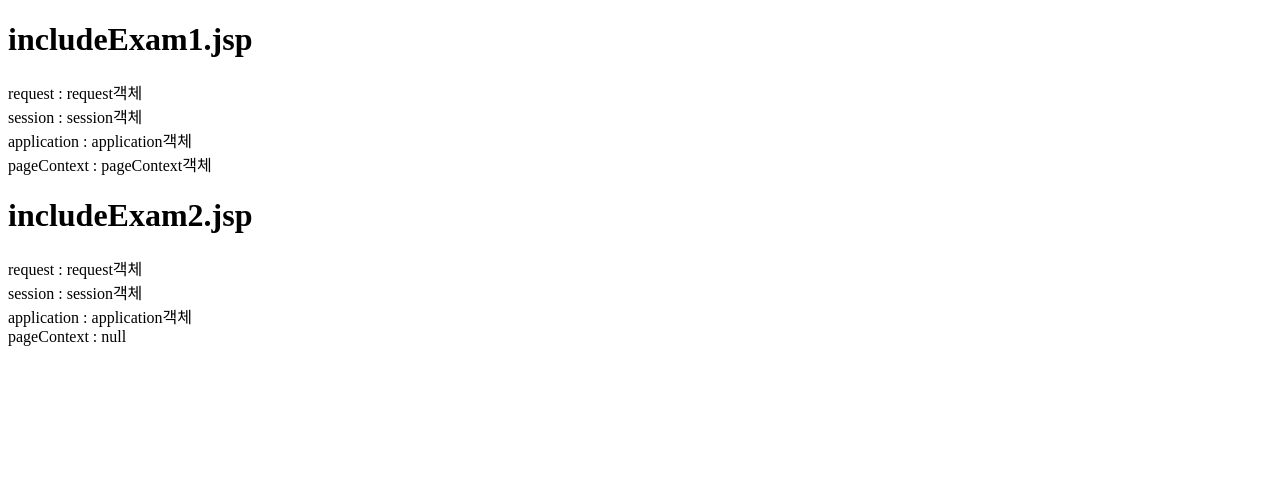
Repository: lty516/jspwork
Page: http://localhost/myjsp2/actiontag/includeExam4.jsp
The author's editor kept a copy of each file at every save. The page is drawn from the files as they stood at one save, then again after the next save.
The browser window is 1280 px wide. The pictures show the whole page.
The page is served by Tomcat 9.

Above is the page before, as saved 2020-08-14 01:14:20.

### myjsp2/WebContent/actiontag/includeExam4.jsp
<%@ page contentType="text/html; charset=utf-8"%>
<!DOCTYPE html>
<html>
<head>
<meta charset="utf-8">
<title>Insert title here</title>
</head>
	<body>
		<h1>includeExam1.jsp</h1>

		<%
			request.setAttribute("first","request객체");
			session.setAttribute("first","session객체");
			application.setAttribute("first","application객체");
			pageContext.setAttribute("first","pageContext객체");
		%>

		request : <%= request.getAttribute("first") %> <br>
		session : <%= session.getAttribute("first") %> <br>
		application : <%= application.getAttribute("first") %> <br>
		pageContext : <%= pageContext.getAttribute("first") %> <br>

		<jsp:include page="includeExam2.jsp" />
	</body>
</html>

### myjsp2/WebContent/actiontag/includeExam2.jsp
<%@ page contentType="text/html; charset=utf-8"%>
<!DOCTYPE html>
<html>
<head>
<meta charset="utf-8">
<title>Insert title here</title>
</head>
<body>
	<h1>includeExam2.jsp</h1>

	request : <%= request.getAttribute("first") %> <br>
	session : <%= session.getAttribute("first") %> <br>
	application : <%= application.getAttribute("first") %> <br>
	pageContext : <%= pageContext.getAttribute("first") %> <br>

		<%
			request.setAttribute("second","request객체");
			session.setAttribute("second","session객체");
			application.setAttribute("second","application객체");
			pageContext.setAttribute("second","pageContext객체");
		%>
</body>
</html>

After the next save:
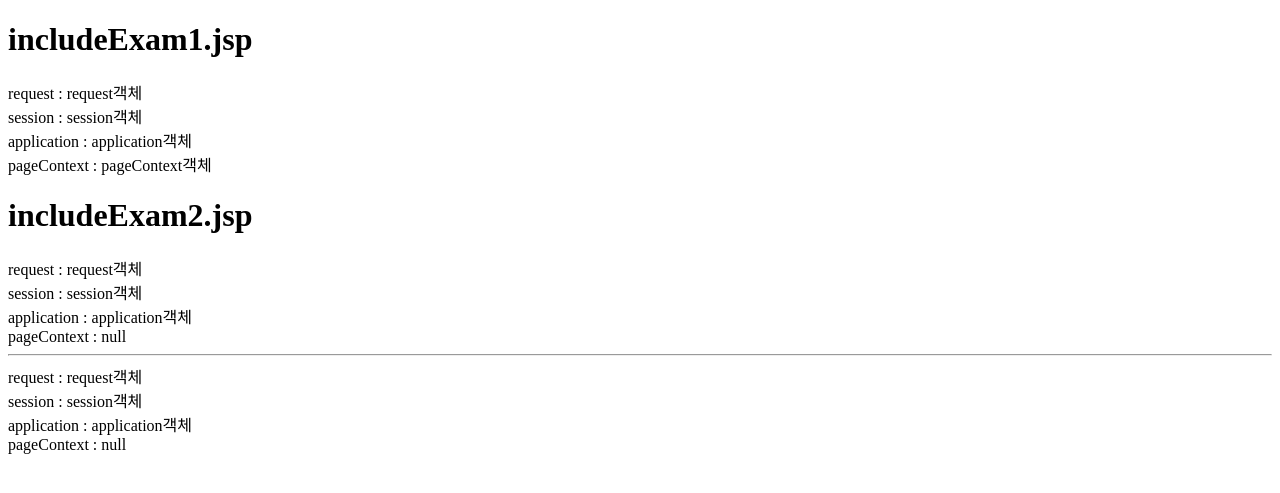
Saved 41 s later.
--- a/myjsp2/WebContent/actiontag/includeExam4.jsp
+++ b/myjsp2/WebContent/actiontag/includeExam4.jsp
@@ -21,5 +21,15 @@
 		pageContext : <%= pageContext.getAttribute("first") %> <br>
 
 		<jsp:include page="includeExam2.jsp" />
+
+		<hr/>
+
+		request : <%= request.getAttribute("second") %> <br>
+		session : <%= session.getAttribute("second") %> <br>
+		application : <%= application.getAttribute("second") %> <br>
+		pageContext : <%= pageContext.getAttribute("second") %> <br>
+
+
+
 	</body>
 </html>
